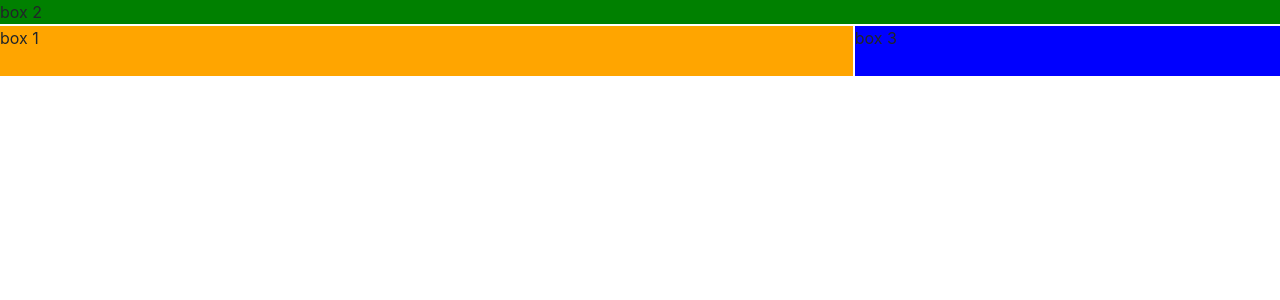
Repository: tianjiewang2022/tianjiewang2022.github.io
Page: index.html
The author's editor kept a copy of each file at every save. The page is drawn from the files as they stood at one save, then again after the next save.
The browser window is 1280 px wide. The pictures show the whole page.

Above is the page before, as saved 2023-10-01 17:01:41.

### index.html
<html>

    <head>

        <link rel="stylesheet" href="https://stackpath.bootstrapcdn.com/bootstrap/4.4.1/css/bootstrap.min.css">


        <style>
            .grid-container {
                display: grid;
                grid-template-areas:
                    "box2 box2 box2"
                    "box1 box1 box3"
                    "box1 box1 box3"
                ;

                grid-template-columns: 1fr 1fr 1fr;
                grid-template-rows: 1fr 1fr 1fr;
                /* grid-column-gap: 02px;
                grid-row-gap: 02px; */
                grid-gap: 2px;
                /* grid-auto-rows: 50px 25px; */
            }

            .box1 {
                background-color: orange;
                /* grid-column: 1/3; */
                grid-area: box1;
            }

            .box2 {
                background-color: green;
                /* grid-row: 1/3; */
                grid-area: box2;

            }

            .box3 {
                grid-area: box3;

                background-color: blue;
            }
        </style>

    </head>

    <body>

        <div class="container">

        </div>

        <div class="grid-container">
            <div class="box1">
                box 1
            </div>
            <div class="box2">
                box 2
            </div>
            <div class="box3">
                box 3
            </div>



        </div>


    </body>

</html>

After the next save:
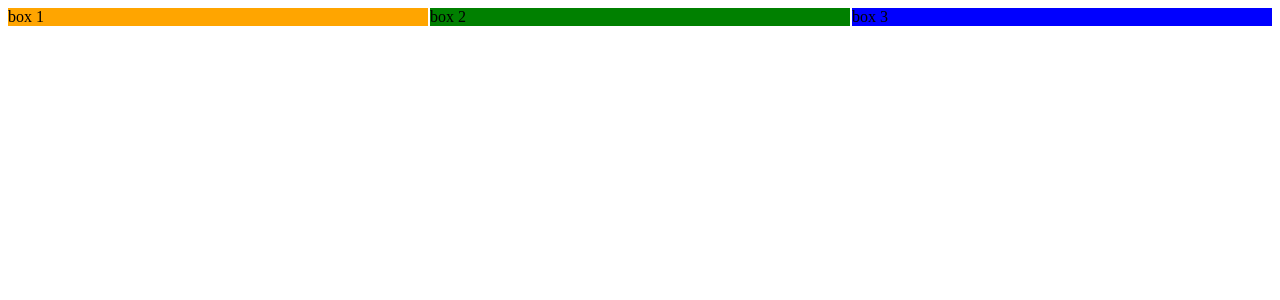
Saved 28 min 4 s later.
--- a/index.html
+++ b/index.html
@@ -2,16 +2,14 @@
 
     <head>
 
-        <link rel="stylesheet" href="https://stackpath.bootstrapcdn.com/bootstrap/4.4.1/css/bootstrap.min.css">
+
 
 
         <style>
             .grid-container {
                 display: grid;
                 grid-template-areas:
-                    "box2 box2 box2"
-                    "box1 box1 box3"
-                    "box1 box1 box3"
+                    "box1 box2 box3"
                 ;
 
                 grid-template-columns: 1fr 1fr 1fr;
